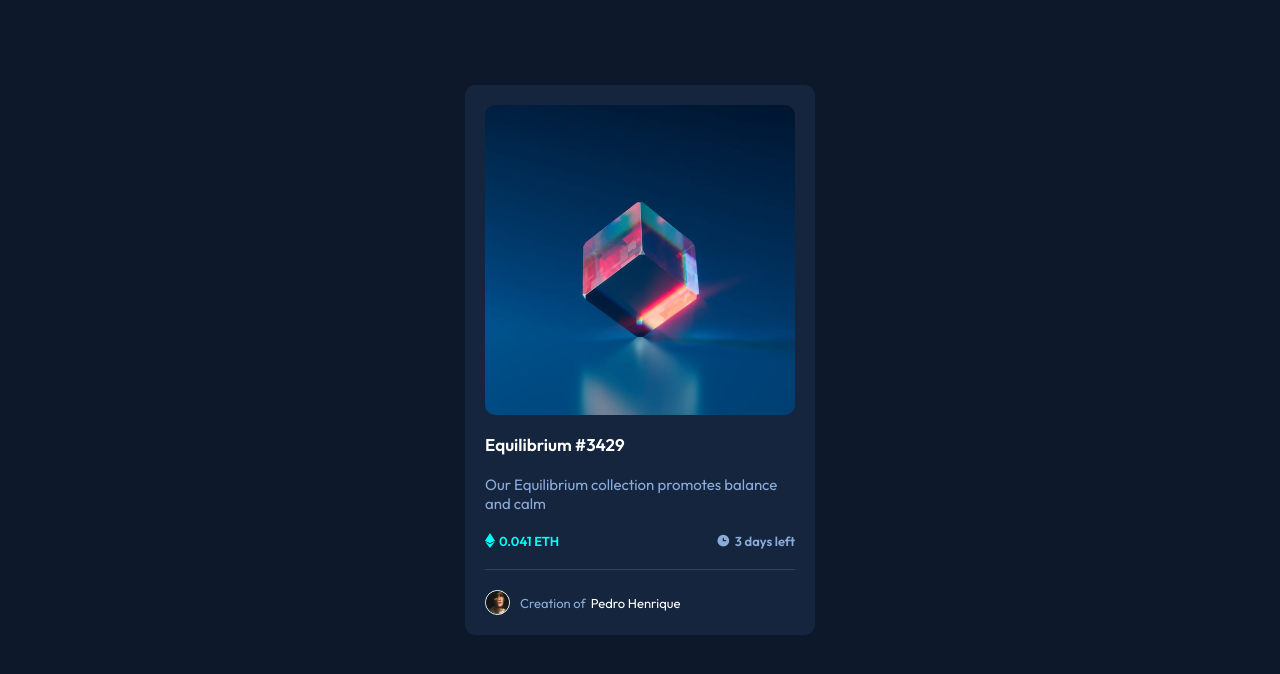
Repository: PedroHEAA/nft
Page: index.html
The author's editor kept a copy of each file at every save. The page is drawn from the files as they stood at one save, then again after the next save.
The browser window is 1280 px wide. The pictures show the whole page.

Above is the page before, as saved 2022-11-04 19:32:13.

### index.html
<!DOCTYPE html>
<html lang="en">

<head>
    <meta charset="UTF-8">
    <meta http-equiv="X-UA-Compatible" content="IE=edge">
    <meta name="viewport" content="width=device-width, initial-scale=1.0">
    <meta name="description"
        content="Esse é um projeto do front end mentor, para eu desenvolver habilidades técnicas para ficar cada dia melhor">
    <link rel="stylesheet" href="src/css/reset.css">
    <link rel="stylesheet" href="src/css/variables.css">
    <link rel="stylesheet" href="src/css/style.css">
    <link rel="shortcut icon" href="src/images/favicon-32x32.png" type="image/x-icon">
    <title>NFT - preview card component</title>
</head>

<body>
    <main class="container">
        <div class="card">

            <a href="#">
                <img src="src/images/image-equilibrium.jpg" alt="Equilibrium NFT image">
            </a>
            <div class="alinhar">
            <div class="card-information">
                <a href="#">
                    <h2 class="title">Equilibrium #3429</h2>
                </a>

                <p class="card-description">Our Equilibrium collection promotes balance and calm</p>
            </div>

            <div class="info-elements">
                <p class="angle"> <img src="src/images/icon-ethereum.svg" alt="" width="10px" height="15px"> 0.041 ETH</p>
                <p class="days"> <img src="src/images/icon-clock.svg" alt="" width="15px" height="15px"> 3 days left</p>
            </div>

            <hr>

            <div class="creator">
                <img src="src/images/image-avatar.png" alt="NFT creator" width="25px">
                <p> Creation of <a href="#"> Pedro Henrique</a></p>
            </div>
        </div>
        </div>
    </main>
</body>

</html>

### src/css/reset.css
*{
    margin: 0;
    padding: 0;
    box-sizing: border-box;
}

a{
    text-decoration: none;
    color: var(--white);
}

### src/css/variables.css
:root{
    --main-color: hsl(217, 54%, 11%);
    --card-color: hsl(216, 50%, 16%);
    --line-color: hsl(215, 32%, 27%);
    --white: hsl(0, 0%, 100%);
    --angle-color: hsl(178, 100%, 50%);
    --secondary-color: hsl(215, 51%, 70%);
}

### src/css/style.css
@import url('https://fonts.googleapis.com/css2?family=Outfit:wght@300;400;600&display=swap');

body{
    font-family: 'Outfit', sans-serif;
    background-color: var(--main-color);
}

.container{
    max-width: 100vw;
    height: 100vh;
    display: flex;
    justify-content: center;
    align-items: center;

}

.card{
    background-color: var(--card-color);
    max-width: 350px;
    border-radius: 10px;
    display: flex;
    flex-direction: column;
    align-items: center;
    padding: 20px;
}

.card .title{
    font-size: 17px;
    justify-content: flex-start;
    margin-top: 15px;
}

.card .card-description{
    color: var(--secondary-color);
    font-size: 15px;
    margin-top: 20px;
}

.card a img{
    width: 100%;
    border-radius: 10px;
}

.card a img:hover{
    color: var(--angle-color);
    cursor: pointer;

}

.info-elements{
    display: flex;
    justify-content: space-between;
    gap: 100px;
    font-size: 13px;
    font-weight: 600;
    margin-top: 20px;
    margin-bottom: 20px;
}

.info-elements .angle{
    color: var(--angle-color);
    display: flex;
    gap: 4px;
}

.info-elements .days{
    color: var(--secondary-color);
    display: flex;
    gap: 4px;
}

hr{
    background-color: var(--line-color);
    width: 100%;
    height: 1px;
    border-width: 0;
}

.card .creator{
    display: flex;
    align-items: baseline;
    gap: 10px;
    margin-top: 20px;
}

.card .creator img{
    border-radius: 50px;
    border: 1px solid white;
}

.card .creator p{
    display: flex;
    margin: auto;
    margin-inline: 0;
    font-size: 13px;
    gap: 5px;
    color: var(--secondary-color);
}

.card .creator a{
    color: var(--white);

}

.alinhar{
    display: flex;
    flex-direction: column;
}

After the next save:
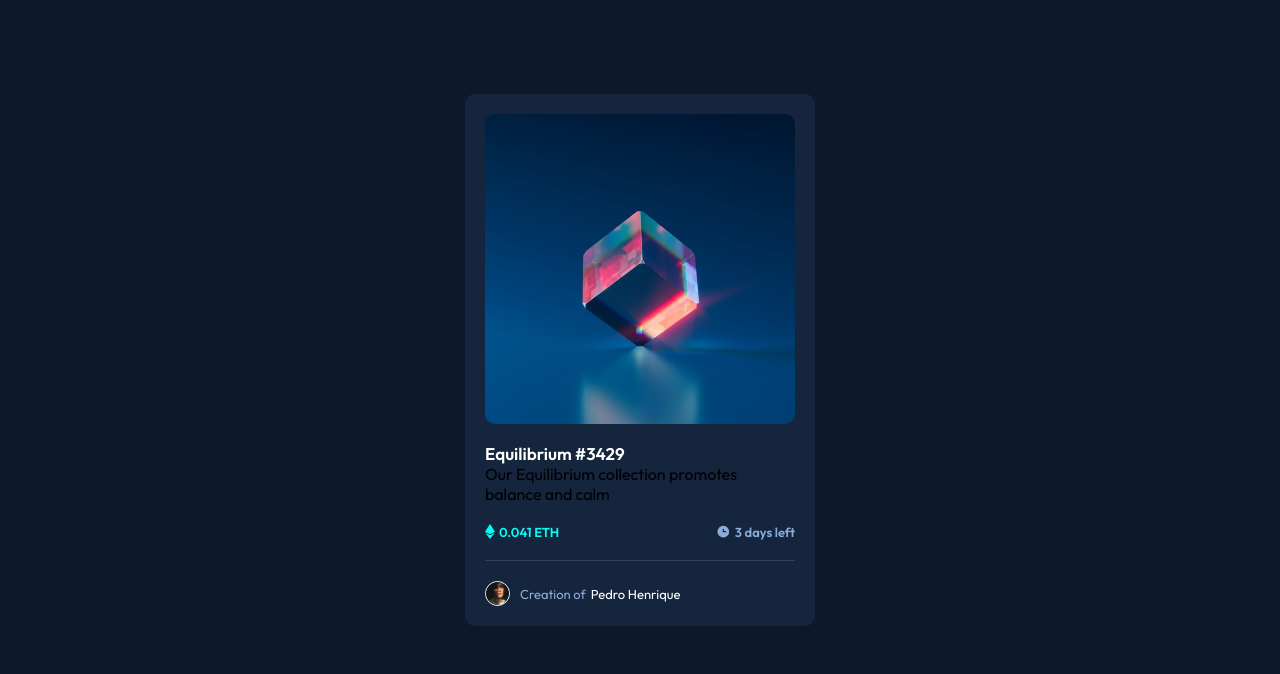
Saved 77 s later.
--- a/src/css/style.css
+++ b/src/css/style.css
@@ -29,6 +29,8 @@
     justify-content: flex-start;
     margin-top: 15px;
 }
+
+.card .title
 
 .card .card-description{
     color: var(--secondary-color);

After the 2 saves that followed:
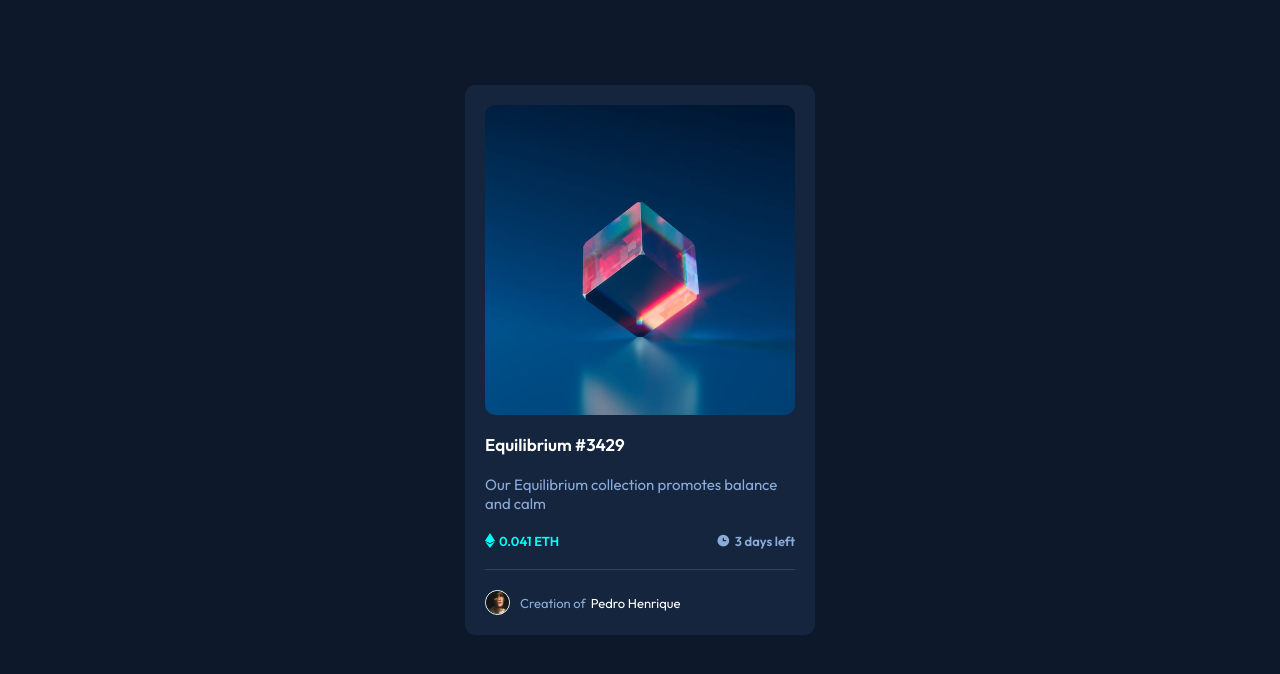
The 2 saves are shown as one change because they came seconds apart.
The last was saved 5 s later.
--- a/src/css/style.css
+++ b/src/css/style.css
@@ -30,7 +30,9 @@
     margin-top: 15px;
 }
 
-.card .title
+.card .title:hover{
+
+}
 
 .card .card-description{
     color: var(--secondary-color);
